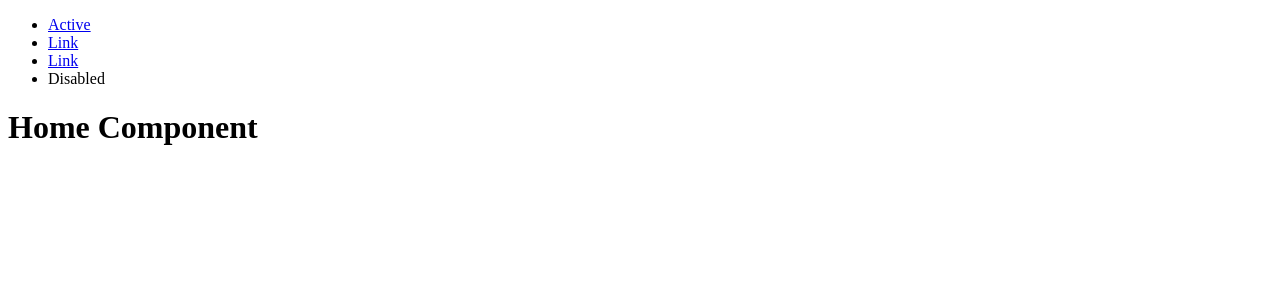
Repository: ymw0331/shop-hub
Page: / (app in client/)
These files come from the project's save history. The page is drawn as it stood at one moment and after the next save; the edit follows.
The browser window is 1280 px wide. The pictures show the whole page.
The project was rebuilt for these pictures with package versions that can differ from the ones it lists, and the page was loaded fresh each time. Also part of the build but not shown: client/src/pages/Login.jsx, client/src/pages/Register.jsx.

Above is the page before, as saved 2023-01-05 01:04:05.

After the next save:
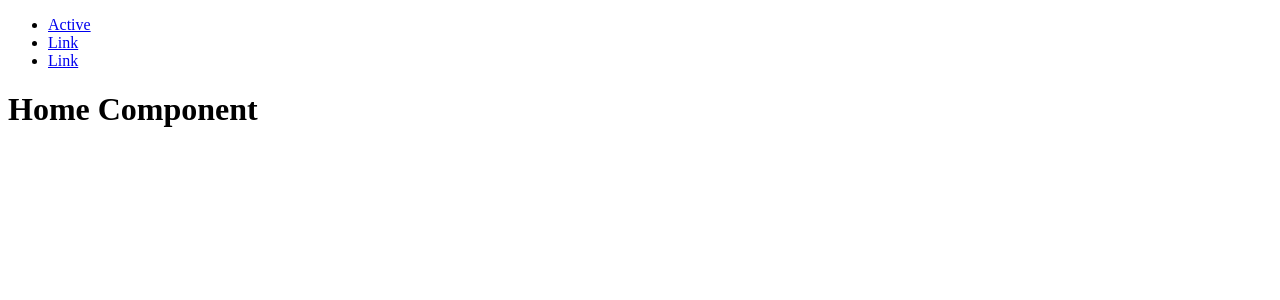
Saved 30 s later.
--- a/client/src/components/nav/Menu.jsx
+++ b/client/src/components/nav/Menu.jsx
@@ -14,9 +14,7 @@ export default function Menu ()
         <li className="nav-item">
           <a className="nav-link" href="#">Link</a>
         </li>
-        <li className="nav-item">
-          <a className="nav-link disabled">Disabled</a>
-        </li>
+
       </ul>
     </>
   );
